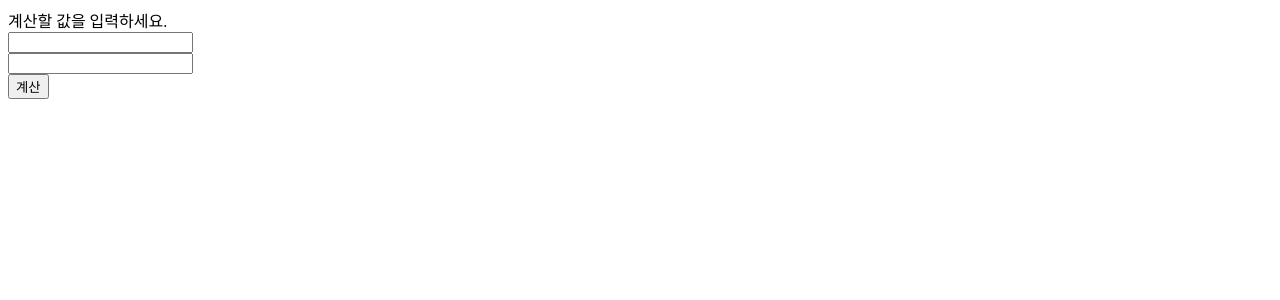
Repository: jocod98/servlet-jsp
Page: JSPPrj/src/main/webapps/add.html
An editor plug-in stored every save of this project. The page is shown before and after the next save, followed by the edit.
The browser window is 1280 px wide. The pictures show the whole page.

Above is the page before, as saved 2023-01-10 06:01:42.

After the next save:
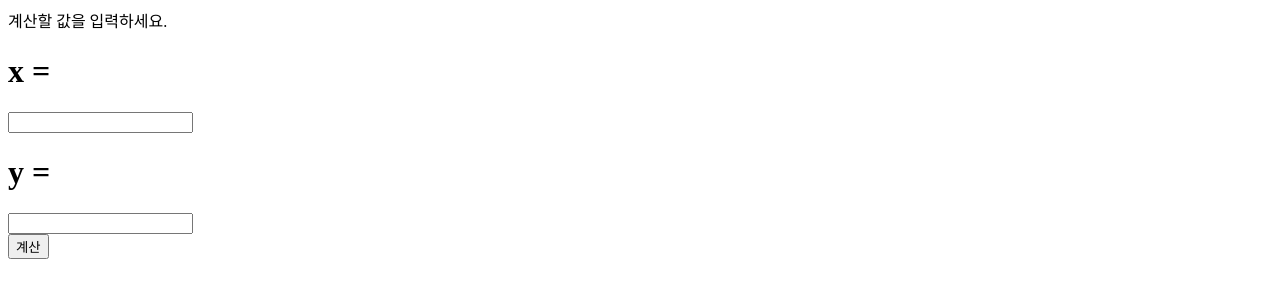
Saved 27 s later.
--- a/JSPPrj/src/main/webapps/add.html
+++ b/JSPPrj/src/main/webapps/add.html
@@ -11,10 +11,10 @@
 	<label>계산할 값을 입력하세요.</label>
 	</div>
 	<div>
-		<input type ="text" name = "x" />
+		<h1>x = </h1><input type ="text" name = "x" />
 	</div>
 	<div>
-		<input type ="text" name = "y" />
+		<h1>y = </h1><input type ="text" name = "y" />
 	</div>
 	<div>
 		<input type = "submit" value ="계산"/>
